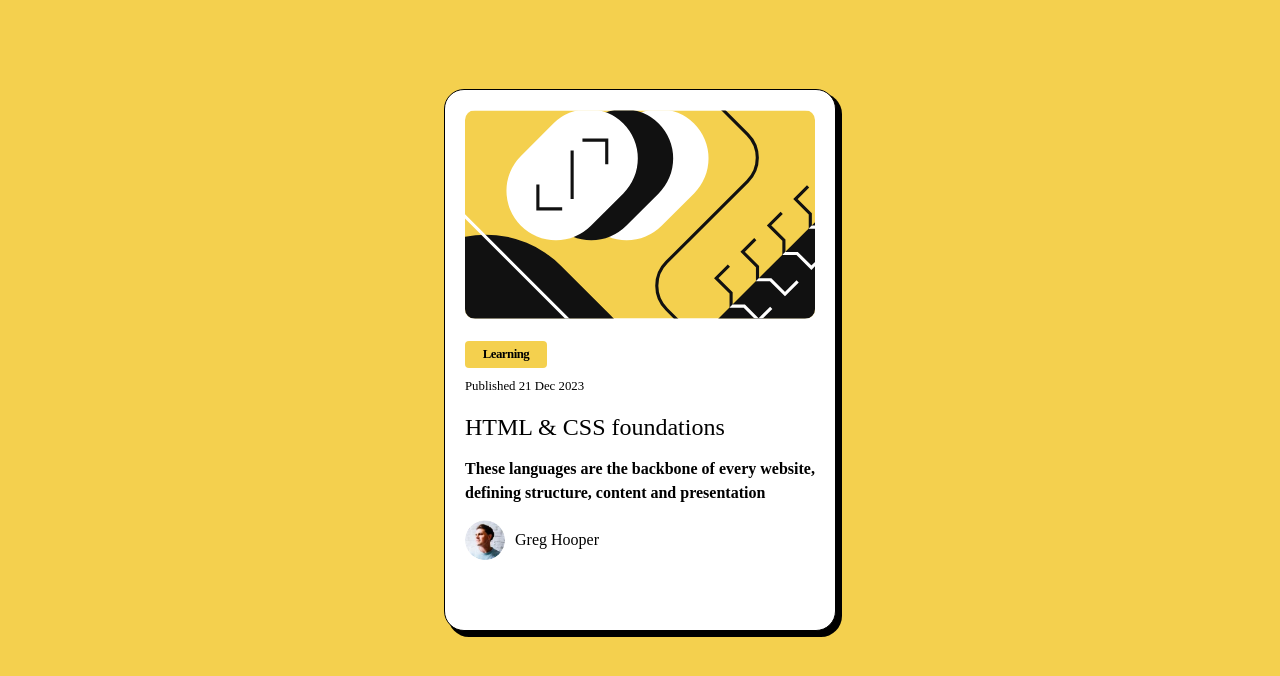
Repository: brandontaylor1/blogpreviewcard
Page: index.html
The author's editor kept a copy of each file at every save. The page is drawn from the files as they stood at one save, then again after a run of saves.
The browser window is 1280 px wide. The pictures show the whole page.

Above is the page before, as saved 2024-12-25 12:15:07.

### index.html
<!DOCTYPE html>
<html lang="en">
<head>
    <meta charset="UTF-8">
    <meta name="viewport" content="width=device-width, initial-scale=1.0">
    <link rel="preconnect" href="https://fonts.googleapis.com">
    <link rel="preconnect" href="https://fonts.gstatic.com" crossorigin>
    <link href="https://fonts.googleapis.com/css2?family=Figtree:ital,wght@0,300..900;1,300..900&display=swap" rel="stylesheet">
    <link rel="stylesheet" href="./index.css">
    <title>HTML & CSS Foundations</title>
</head>
<body>
    <main class="container">
        <div class="img-container">
            <img src="./images/illustration-article.svg" class="heading-img" alt="">
        </div>
        <div class="card-content">
            <p id="learning-tag">Learning</p>
            <div class="card-content-text">
                <p>Published 21 Dec 2023</p>
                <h2>HTML & CSS foundations</h2>
                <h3>These languages are the backbone of every website, defining structure, content and presentation</h3>
            </div>
        </div>
        <div class="user-footer">
            <img src="./images/image-avatar.webp" alt="person-image">
            <p>Greg Hooper</p>
        </div>
    </main>

    <script src="index.js"></script>
</body>
</html>

### index.css
:root {
    /* COLORS */
    --primary-yellow: hsl(47, 88%, 63%);
    --primary-white: hsl(0, 0%, 100%);
    --primary-gray-reg: hsl(0, 0%, 42%);
    --primary-gray-bold: hsl(0, 0%, 7%);

    --main-font-size: 16px;

    /* --main-font-url: url('../fonts/Figtree-SemiBold.ttf');
    --main-font-bold-url: url('./fonts/Figtree-ExtraBold.ttf');
    --main-font-weight-reg: 500;
    --main-font-weight-bold: 800; */
}

/* @font-face {
    font-family: 'Figtree-SemiBold';
    src: var(--main-font-url);
    font-weight: var(--main-font-weight-reg);
}

@font-face {
    font-family: 'Figtree-ExtraBold';
    src: var(--main-font-bold-url);
    font-weight: var(--main-font-weight-bold);
}  */


body {
    box-sizing: border-box;
    margin: 0;
    padding: 0;
    height: 100vh;
    display: flex;
    align-items: center;
    justify-content: center;
    background-color: var(--primary-yellow);
}

.container {
    width: 350px;
    height: 500px;
    margin: 0 auto;
    padding: 0 20px;
    background-color: var(--primary-white);
    width: 350px;
    padding: 20px;
    border-radius: 20px;
    border: 1px solid black;
    box-shadow: 5px 5px 0 1px rgba(0, 0, 0, 1);
    transition: all 0.3s ease;
}

.container:hover {
    box-shadow: 0 0 0 0 rgba(0, 0, 0, 0.5);
    height: 495px;
    width: 345px;
}

.heading-img {
    width: 100%;
    margin-bottom: 5px;
    border-radius: 10px;
}

.card-content {
    width: 100%;
    display: flex;
    flex-direction: column;
    align-items: left;
    justify-content: space-between;
}

#learning-tag {
    background-color: var(--primary-yellow);
    padding: 6px 1px;
    border-radius: 4px;
    font-family: url('../fonts/Figtree-ExtraBold.ttf');
    font-weight: 800;
    font-size: .8rem;
    width: 80px;
    text-align: center;
    letter-spacing: -.5px;

}

.card-content-text {
    margin-top: -15px;
    font-size: .8rem;
    font-family: var(--main-font-family);
}

.card-content-text h2 {
    font-size: 1.5rem;
    font-weight: var(--main-font-weight-bold);
    margin-bottom: 10px;
    transition: color 0.3s ease;
}

.card-content-text h2:hover {
    color: var(--primary-yellow)

}

.card-content-text h3 {
    font-size: 1rem;
    line-height: 1.5;
    margin-bottom: 10px;
}

.user-footer {
    display: flex;
    align-items: center;

}

.user-footer img {
    width: 40px;
    height: 40px;
    border-radius: 50%;
    margin-right: 10px;
}

Loaded but not shown: index.js (no stored copy; drawn as an empty file)

After the next 2 saves:
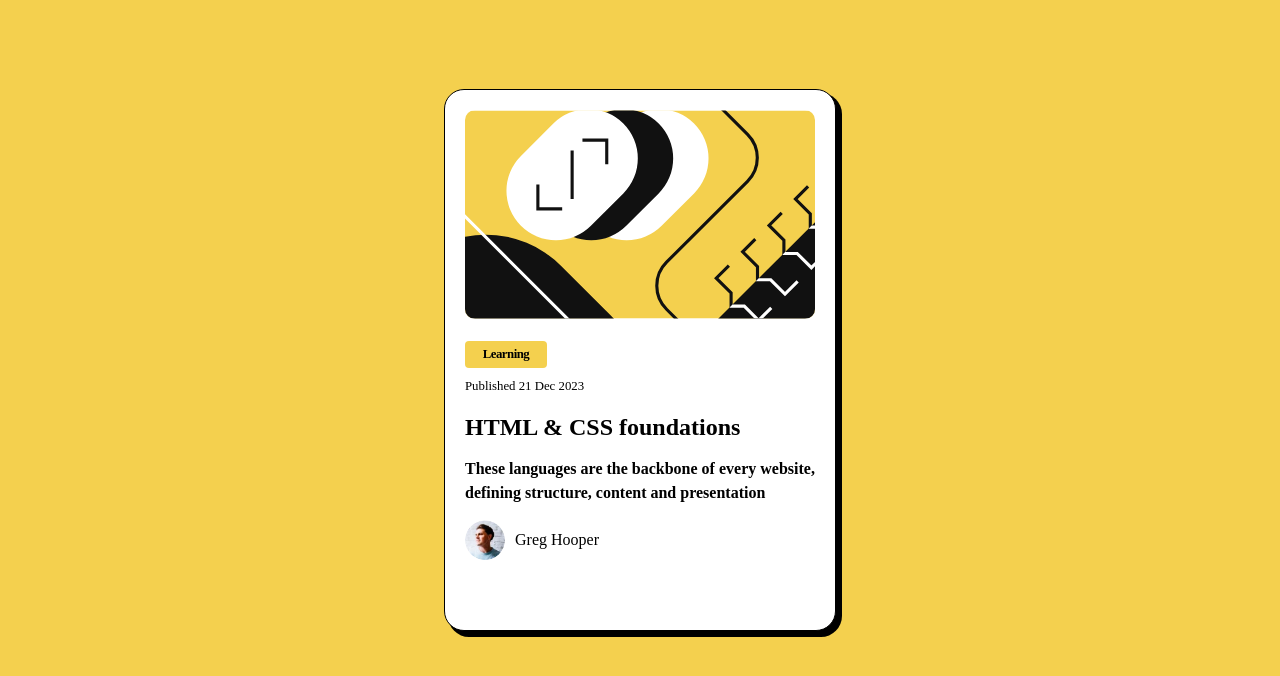
The 2 saves are shown as one change because they came seconds apart.
The last was saved 8 s later.
--- a/index.css
+++ b/index.css
@@ -7,10 +7,10 @@
 
     --main-font-size: 16px;
 
-    /* --main-font-url: url('../fonts/Figtree-SemiBold.ttf');
+    --main-font-url: url('../fonts/Figtree-SemiBold.ttf');
     --main-font-bold-url: url('./fonts/Figtree-ExtraBold.ttf');
     --main-font-weight-reg: 500;
-    --main-font-weight-bold: 800; */
+    --main-font-weight-bold: 800;
 }
 
 /* @font-face {
